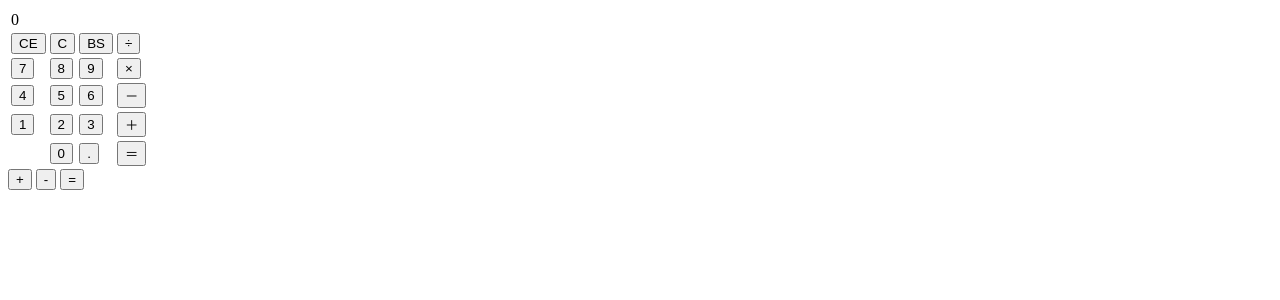
Repository: water-case/Servlet_JSP_JSPMVC
Page: workspace/JSPPrj/src/main/webapp/calc3.html
An editor plug-in stored every save of this project. The page is shown before and after the next save, followed by the edit.
The browser window is 1280 px wide. The pictures show the whole page.

Above is the page before, as saved 2021-08-26 03:51:36.

After the next save:
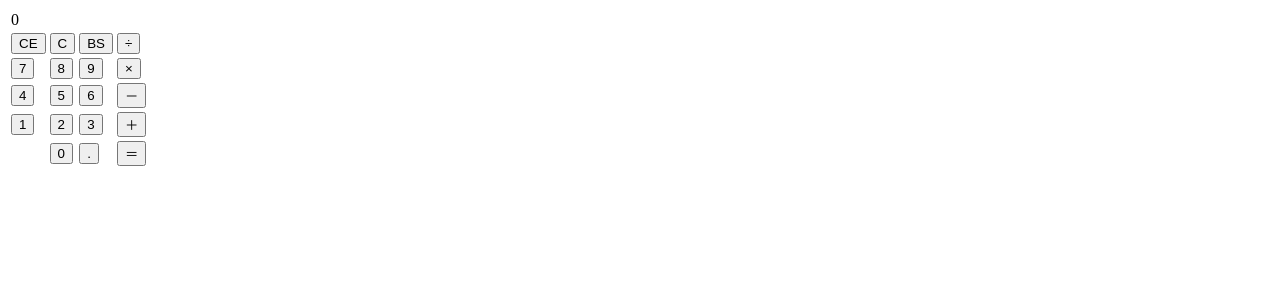
Saved 17 s later.
--- a/workspace/JSPPrj/src/main/webapp/calc3.html
+++ b/workspace/JSPPrj/src/main/webapp/calc3.html
@@ -42,11 +42,6 @@
 					<td><input type="submit" name="operator" value="＝" /></td>
 				</tr>
 			</table>
-			<div>
-				<input type="submit" name="operator" value="+" />
-				<input type="submit" name="operator" value="-" />
-				<input type="submit" name="operator" value="=" />
-			</div>
 		</form>
 	</div>
 </body>
